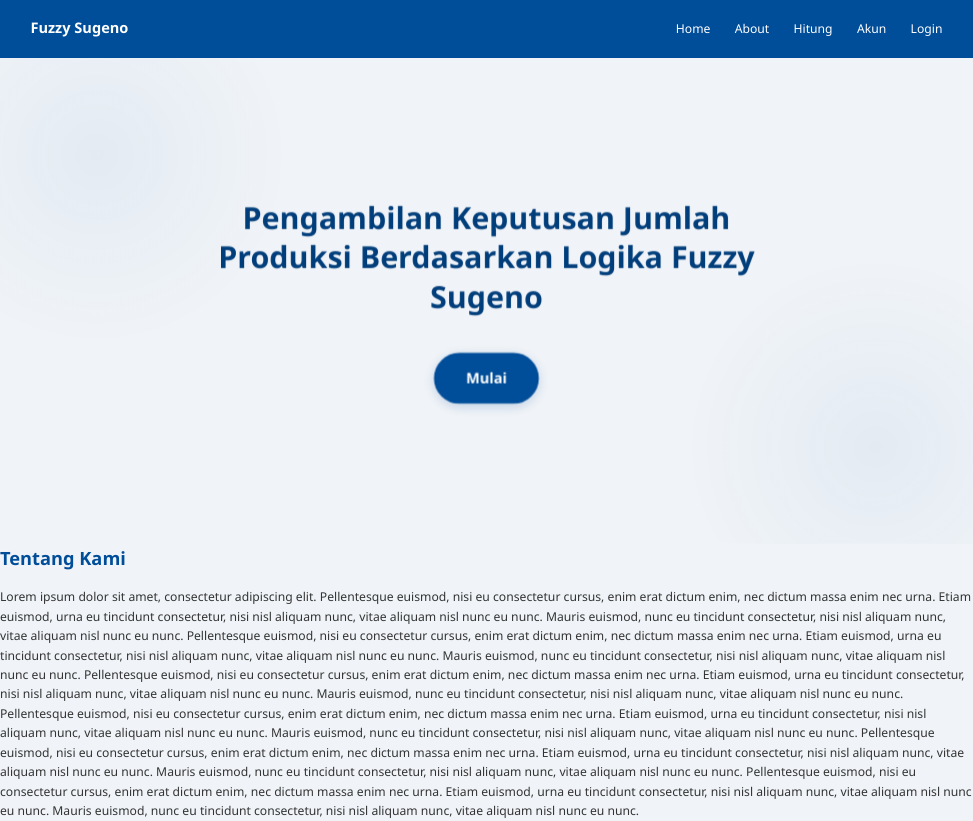
Repository: Senicccc/Defuzzy-Sugeno
Page: http://localhost/
The author's editor kept a copy of each file at every save. The page is drawn from the files as they stood at one save, then again after the next save.
The browser window is 1280 px wide. The pictures show the whole page, at 76% of full size.
The page is run by PHP 8.4 with error messages shown; the project is at /var/www/html/.

Above is the page before, as saved 2025-06-08 11:15:46.

After the next save:
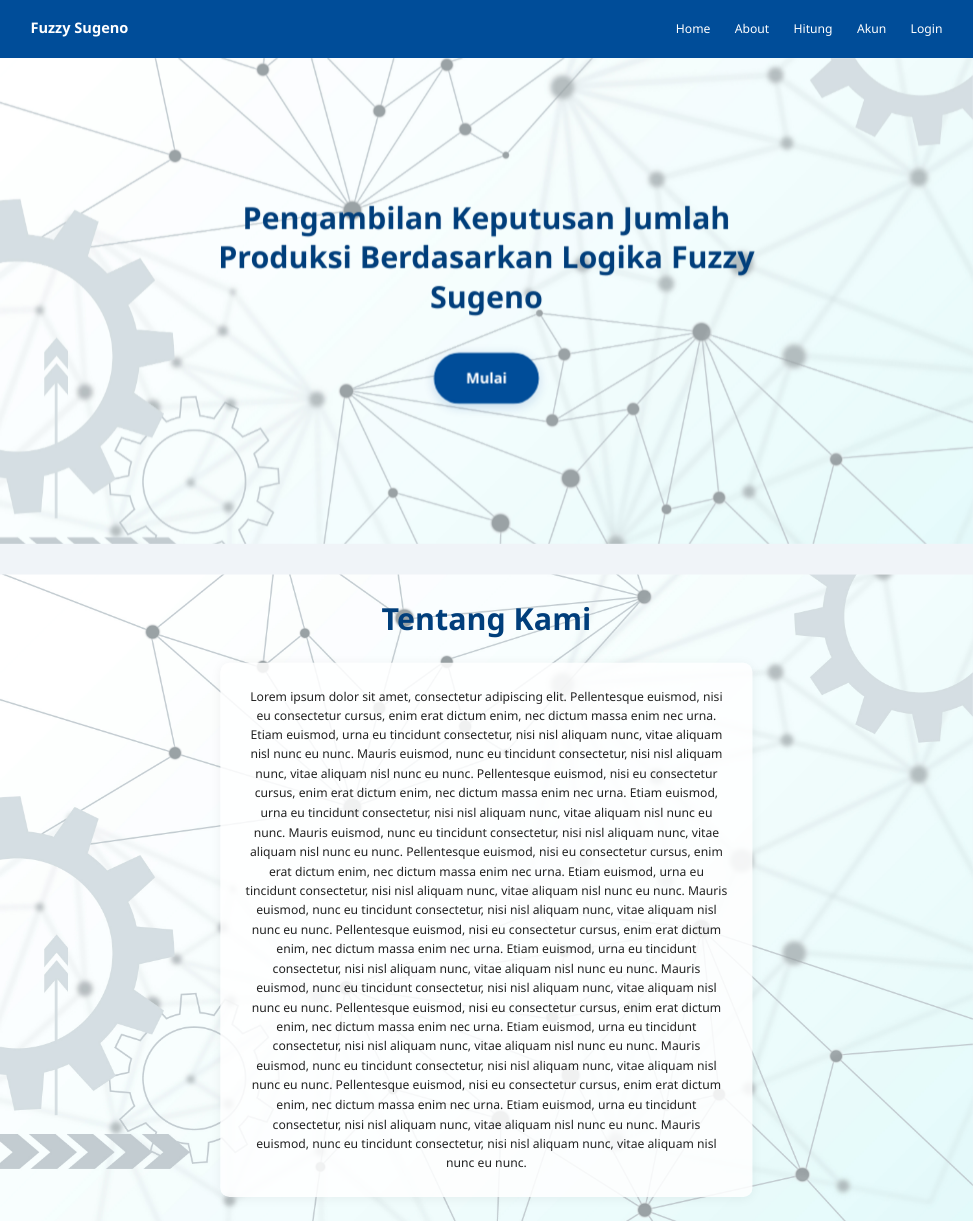
Saved 5 s later.
--- a/index.php
+++ b/index.php
@@ -15,16 +15,16 @@
     require_once 'php/header-index.php';
     ?>
 
-    <!-- Hero Section -->
-    <section class="hero">
+    <section class="hero" style="background: url('img/menu-bg.jpg') center center/cover no-repeat;">
         <h1>Pengambilan Keputusan Jumlah Produksi Berdasarkan Logika Fuzzy Sugeno</h1>
         <a href="php/form.php" class="start-button">Mulai</a>
     </section>
 
-    <!-- About Section -->
-    <section class="about-section">
-        <div class="about-content">
-            <h1 style="color:#004d99; margin-bottom:1.2rem;">Tentang Kami</h1>
+    <section class="hero"
+        style="background: url('img/menu-bg.jpg') center center/cover no-repeat; min-height:unset; margin-top:40px;">
+        <h1>Tentang Kami</h1>
+        <div
+            style="max-width: 700px; margin: 0 auto; background: rgba(255,255,255,0.85); border-radius: 12px; padding: 2rem; color: #222; box-shadow: 0 2px 16px rgba(0,0,0,0.06);">
             <p>
                 Lorem ipsum dolor sit amet, consectetur adipiscing elit. Pellentesque euismod, nisi eu consectetur
                 cursus, enim erat dictum enim, nec dictum massa enim nec urna. Etiam euismod, urna eu tincidunt
